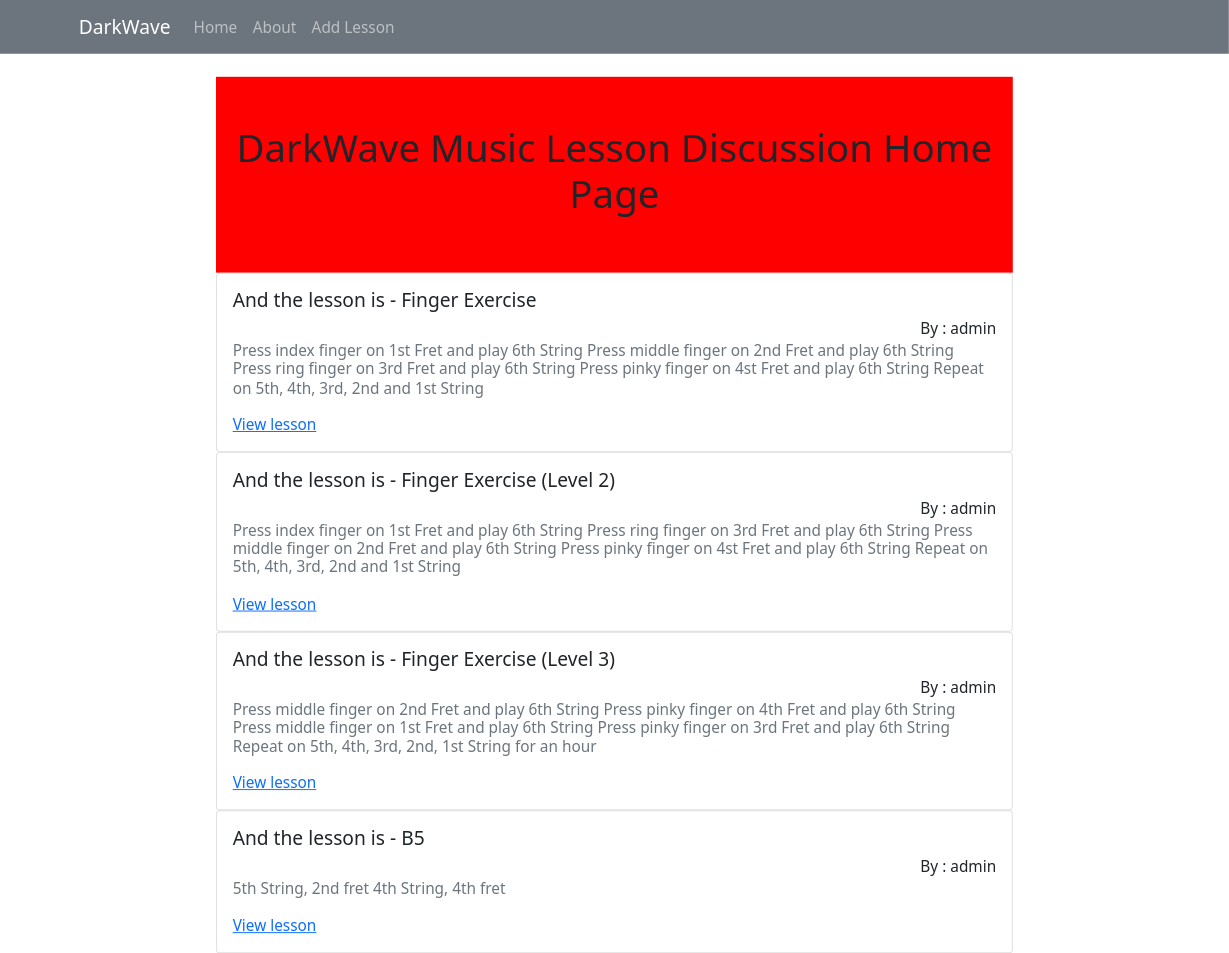
Repository: lordjdsama/NewDevopps
Page: http://localhost/
The author's editor kept a record of every edit. The page is drawn from the files as they stood at one moment, then again after the next edit.
The browser window is 1280 px wide. The pictures show the whole page, at 96% of full size.
The page is served by the project's application, run on Django 2.2 (manage.py). Other server files are loaded and not shown. The page reads the database file committed with the project.

Above is the page before.

### lessons/templates/lessons/home.html
{% extends 'lessons/base.html' %}

{% block content %}
<div class="home">
<h1>DarkWave Music Lesson Discussion Home Page</h1>
</div>

{% for lesson in lessons %}
<div class="card" id="card">
<div class="card-body">
<h5 class="card-title" id="title">And the lesson is - {{ lesson.title }}</h5>
<h6 class="card-title" id="by">By : {{ lesson.author }} </h6>
<h6 class="card-subtitle mb-2 text-muted">{{ lesson.description }}</h6>
<p class="card-text">
    {{ lesson.chord }}
</p>
<a href="{% url 'lessons-detail' lesson.pk  %}" class="card-link">View lesson</a>
</div>
</div>
{% endfor %} {% endblock content %}

### lessons/templates/lessons/base.html
<!DOCTYPE html>
<html lang="en">
<head>
    <meta charset="UTF-8">
    <meta name="viewport" content="width=device-width, initial-scale=1.0">
    <meta http-equiv="X-UA-Compatible" content="ie=edge">





    {% if title  %}
    <title>{{title}}</title>
    {% else %}
    <title>Lessons App</title>
    {% endif %}

     <link href="https://cdn.jsdelivr.net/npm/bootstrap@5.0.2/dist/css/bootstrap.min.css"
     rel="stylesheet"
     integrity="sha384-EVSTQN3/azprG1Anm3QDgpJLIm9Nao0Yz1ztcQTwFspd3yD65VohhpuuCOmLASjC"
     crossorigin="anonymous">

     <!--<link  rel="stylesheet" type="text/css" href="/static/css/base.css">-->
     <link rel="stylesheet" href="/static/css/base.css" type="text/css" />

<body class="bgcolor">

  <nav class="navbar navbar-expand-lg navbar-dark bg-secondary">
  <div class="container">
    <a class="navbar-brand" href="{% url 'lessons-home' %}">DarkWave</a>
    <button
    class="navbar-toggler"
    type="button"
    data-bs-toggle="collapse"
    data-bs-target="#navbarNavAltMarkup"
    aria-controls="navbarNavAltMarkup"
    aria-expanded="false"
    aria-label="Toggle navigation">
      <span class="navbar-toggler-icon"></span>
    </button>
    <div class="collapse navbar-collapse" id="navbarNavAltMarkup">
      <div class="navbar-nav">
        <a class="nav-link" aria-current="page" href="{% url 'lessons-home' %}">Home</a>
        <a class="nav-link" href="{% url 'lessons-about' %}">About</a>
        <a class="nav-link" href="{% url 'lessons-create' %}">Add Lesson</a>
      </div>
    </div>
    <div class="navbar-nav">
      {% if user.is_authenticated %}
        <a class="nav-item nav-link"  href="{% url 'users-logout' %}">Logout</a>
        <a class="nav-item nav-link"  href="{% url 'users-profile' %}">My Profile</a>

      <!--{% else }-->
        <!--<a class="nav-item nav-link"  href="{% url 'users-login' %}">Login</a>-->
        <!--<a class="nav-item nav-link"  href="{% url 'users-register' %}">Register</a>-->

      {% endif %}
    </div>
  </div>
</nav>
    <div class="container mt-4 col-8">
      {% if messages %} {% for message in messages %}
      <div class="alert alert-{{ message.tags }}">{{ message }}</div>
      {% endfor %} {% endif %} {% block content %} {% endblock %}
    </div>


    <script
    src="https://cdn.jsdelivr.net/npm/@popperjs/core@2.9.2/dist/umd/popper.min.js"
    integrity="sha384-IQsoLXl5PILFhosVNubq5LC7Qb9DXgDA9i+tQ8Zj3iwWAwPtgFTxbJ8NT4GN1R8p"
    crossorigin="anonymous">

    </script>
    <script
    src="https://cdn.jsdelivr.net/npm/bootstrap@5.0.2/dist/js/bootstrap.min.js"
    integrity="sha384-cVKIPhGWiC2Al4u+LWgxfKTRIcfu0JTxR+EQDz/bgldoEyl4H0zUF0QKbrJ0EcQF"
    crossorigin="anonymous">

    </script>








</body>
</html>

### lessons/models.py
from django.db import models
from django.contrib.auth.models import User
from django.urls import reverse

class Lesson(models.Model):
    """
    Model representing a lesson.
    """
    title = models.CharField(max_length=100)
    description = models.TextField()
    author = models.ForeignKey(User, on_delete=models.CASCADE)
    created_at = models.DateTimeField(auto_now_add=True)
    updated_at = models.DateTimeField(auto_now_add=True)

    def get_absolute_url(self):
        """
        Return the absolute URL to access a detail record for this lesson.
        """
        return reverse("lessons-detail", kwargs={"pk": self.pk})

    def __str__(self):
        return str(self.title)

### lessons/views.py
"""
All functions are listed here
"""


from django.shortcuts import render
from django.urls import reverse_lazy
from django.views.generic import ListView, DetailView, CreateView, UpdateView, DeleteView
from django.contrib.auth.mixins import LoginRequiredMixin, UserPassesTestMixin

from . import models

class LessonListView(ListView):
  model = models.Lesson
  template_name = 'lessons/home.html'
  context_object_name = 'lessons'

# Create your views here.
def home(request):
  lessons = models.Lesson.objects.all()
  context = {
    'lessons': lessons
  }
  return render(request, 'lessons/home.html', context)

def about(request):
  return render(request, 'lessons/about.html', {'title': 'about page'})


class LessonDetailView(DetailView):
  model = models.Lesson

class LessonDeleteView(LoginRequiredMixin, UserPassesTestMixin, DeleteView):
  model = models.Lesson
  success_url = reverse_lazy('lessons-home')

  def test_func(self):
    lesson = self.get_object()
    return self.request.user == lesson.author

class LessonCreateView(LoginRequiredMixin, CreateView):
  model = models.Lesson
  fields = ['title', 'description']

  def form_valid(self, form):
    form.instance.author = self.request.user
    return super().form_valid(form)

class LessonUpdateView(LoginRequiredMixin, UserPassesTestMixin, UpdateView):
  model = models.Lesson
  fields = ['title', 'description']

  def test_func(self):
    lesson = self.get_object()
    return self.request.user == lesson.author

  def form_valid(self, form):
    form.instance.author = self.request.user
    return super().form_valid(form)

### config/urls.py
"""config URL Configuration

The `urlpatterns` list routes URLs to views. For more information please see:
    https://docs.djangoproject.com/en/2.1/topics/http/urls/
Examples:
Function views
    1. Add an import:  from my_app import views
    2. Add a URL to urlpatterns:  path('', views.home, name='home')
Class-based views
    1. Add an import:  from other_app.views import Home
    2. Add a URL to urlpatterns:  path('', Home.as_view(), name='home')
Including another URLconf
    1. Import the include() function: from django.urls import include, path
    2. Add a URL to urlpatterns:  path('blog/', include('blog.urls'))
"""
from django.contrib import admin
from django.urls import path, include
from users import views as user_view
from django.contrib.auth import views as auth_views

urlpatterns = [
    path('admin/', admin.site.urls),
    path('', include('lessons.urls')),
    path('register/',user_view.register, name="users-register"),
    path('login/',auth_views.LoginView.as_view(template_name='users/login.html'), name="users-login"),
    path('logout/',auth_views.LogoutView.as_view(template_name='users/logout.html'), name="users-logout"),
    path('profile/', user_view.profile, name="users-profile")

]

### lessons/urls.py
from django.urls import path
from . import views

'app/model_viewtype'
'lessons/lesson_detail.html'

""""
All urls are are linked here
"""

urlpatterns = [
    path('', views.LessonListView.as_view(), name = "lessons-home"),
    path('lesson/<int:pk>/', views.LessonDetailView.as_view(), name = "lessons-detail"),
    path('lesson/create/', views.LessonCreateView.as_view(), name = "lessons-create"),
    path('lesson/<int:pk>/update/', views.LessonUpdateView .as_view(), name = "lessons-update"),
    path('lesson/<int:pk>/delete/', views.LessonDeleteView .as_view(), name = "lessons-delete"),
    path('about/', views.about, name = "lessons-about"),

]

### lessons/static/css/base.css
.home
{
    text-align: center;
  position: relative;
  animation: mymove 3s ;
  padding-top: 50px;
  padding-bottom: 50px;
  background-color: red;
}

@keyframes mymove {
  from {left: -100%;}
  to {left: 2%;}
}
#by{
    text-align: right;
}

### db.sqlite3 (the tables this page reads, as SQL)
CREATE TABLE "auth_user" ("id" integer NOT NULL PRIMARY KEY AUTOINCREMENT, "password" varchar(128) NOT NULL, "last_login" datetime NULL, "is_superuser" bool NOT NULL, "username" varchar(150) NOT NULL UNIQUE, "first_name" varchar(30) NOT NULL, "email" varchar(254) NOT NULL, "is_staff" bool NOT NULL, "is_active" bool NOT NULL, "date_joined" datetime NOT NULL, "last_name" varchar(150) NOT NULL);
INSERT INTO "auth_user" VALUES
(1, 'pbkdf2_sha256$120000$p6CQ1lzXenzJ$lUz35NRU/F6yEFwdQzf5okPAhz5RMUwszZYAaepjafM=', '2024-04-07 08:41:10.791590', 1, 'admin', '', '', 1, 1, '2024-03-31 09:10:39.192553', ''),
(14, 'pbkdf2_sha256$120000$1sQ5L44MkgtS$n2qF+Ny4BiIkyg/nAzpf4uj3uZv3ihh0+dSCshvFdBI=', '2024-04-07 11:20:44.626046', 0, 'jay', '', 'jaydeshmukh007@gmail.com', 0, 1, '2024-04-01 16:52:41.763200', ''),
(15, 'pbkdf2_sha256$120000$bdQAQX6EctUt$IOzJXFV6XSo7vBjJBElQfjBapCYyjSue3dD4bxn3h0c=', '2024-04-03 12:54:05.402510', 0, 'new', '', 'new@gma.am', 0, 1, '2024-04-03 12:53:57.322462', ''),
(16, 'pbkdf2_sha256$120000$v3Q7mT64g9xi$Zahkt8icKDSjJomp4lGiGC0PVttkoaSNxxD7VARlbW4=', '2024-04-08 10:21:38.763960', 0, 'manasvi', '', 'manasvi@gmail.com', 0, 1, '2024-04-08 10:21:27.783930', '');

CREATE TABLE "lessons_lesson" ("id" integer NOT NULL PRIMARY KEY AUTOINCREMENT, "title" varchar(100) NOT NULL, "description" text NOT NULL, "created_at" datetime NOT NULL, "updated_at" datetime NOT NULL, "author_id" integer NOT NULL REFERENCES "auth_user" ("id") DEFERRABLE INITIALLY DEFERRED);
INSERT INTO "lessons_lesson" VALUES
(1, 'Finger Exercise', 'Press index finger on 1st Fret and play  6th String
Press middle finger on 2nd Fret and play  6th String
Press ring finger on 3rd Fret and play  6th String
Press pinky finger on 4st Fret and play  6th String

Repeat on 5th, 4th, 3rd, 2nd and 1st String', '2024-03-31 09:34:21.666998', '2024-03-31 09:34:21.667025', 1),
(2, 'Finger Exercise (Level 2)', 'Press index finger on 1st Fret and play  6th String
Press ring finger on 3rd Fret and play  6th String
Press middle finger on 2nd Fret and play  6th String
Press pinky finger on 4st Fret and play  6th String

Repeat on 5th, 4th, 3rd, 2nd and 1st String', '2024-03-31 09:35:51.017766', '2024-03-31 09:35:51.017793', 1),
(3, 'Finger Exercise (Level 3)', 'Press middle finger on 2nd Fret and play  6th String
Press pinky finger on 4th Fret and play  6th String
Press middle finger on 1st Fret and play  6th String
Press pinky finger on 3rd Fret and play  6th String

Repeat on 5th, 4th, 3rd, 2nd, 1st String for an hour', '2024-03-31 09:38:45.470954', '2024-03-31 09:38:45.470982', 1),
(6, 'B5', '5th String, 2nd fret
4th String, 4th fret', '2024-04-02 15:27:41.065512', '2024-04-02 15:27:41.065539', 1);

After the next edit:
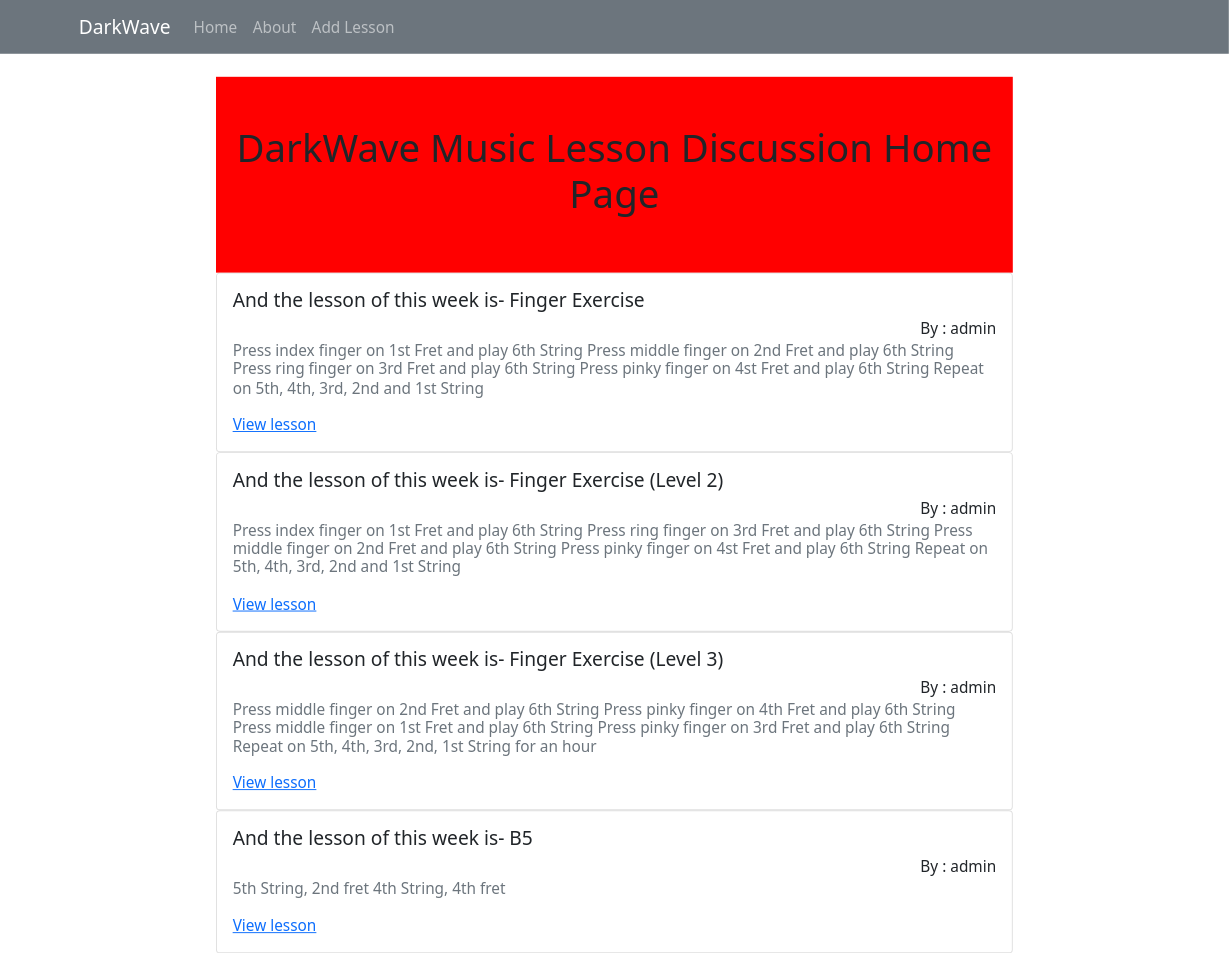
The edit:
--- a/lessons/templates/lessons/home.html
+++ b/lessons/templates/lessons/home.html
@@ -8,7 +8,7 @@
 {% for lesson in lessons %}
 <div class="card" id="card">
 <div class="card-body">
-<h5 class="card-title" id="title">And the lesson is - {{ lesson.title }}</h5>
+<h5 class="card-title" id="title">And the lesson of this week is- {{ lesson.title }}</h5>
 <h6 class="card-title" id="by">By : {{ lesson.author }} </h6>
 <h6 class="card-subtitle mb-2 text-muted">{{ lesson.description }}</h6>
 <p class="card-text">
